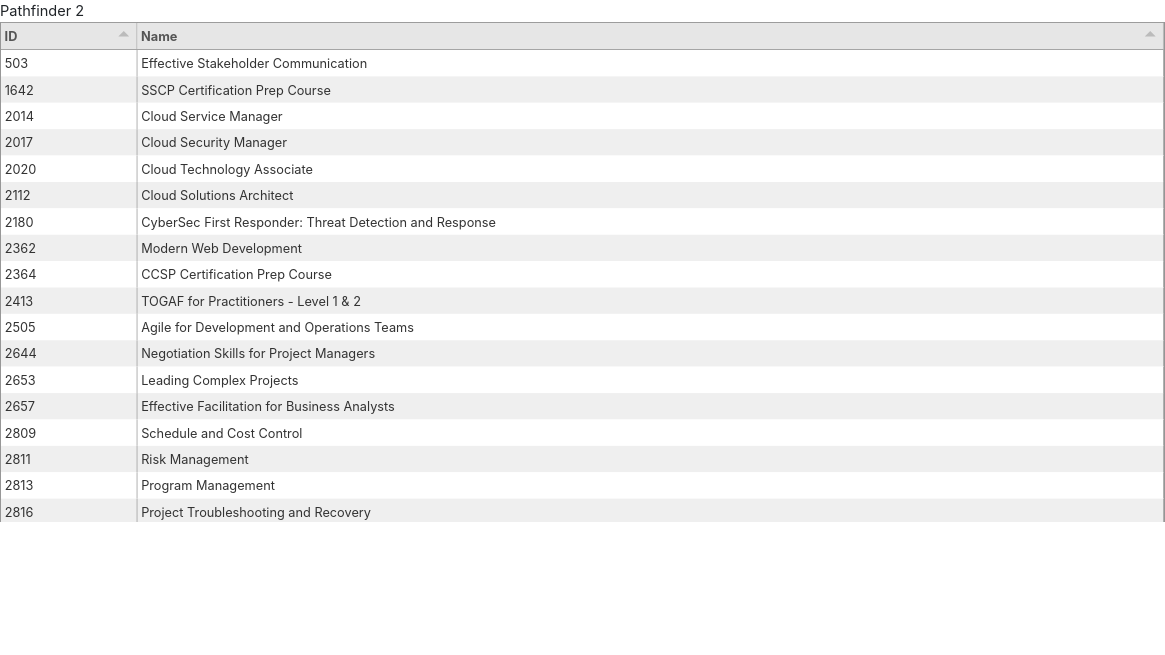
Repository: t1s1/pathfinder2
Page: index.html
The author's editor kept a record of every edit. The page is drawn from the files as they stood at one moment, then again after the next edit.
The browser window is 1280 px wide. The pictures show the whole page, at 91% of full size.
An inner scrolling area shows only its first screen.

Above is the page before.

### index.html
<!doctype html>
<html class="no-js" lang="">

<head>
  <meta charset="utf-8">

  <link rel="stylesheet" type="text/css" href="https://cdnjs.cloudflare.com/ajax/libs/twitter-bootstrap/4.1.1/css/bootstrap.min.css"/>
  <link rel="stylesheet" href="tabulator/css/tabulator.min.css">
  <style type="text/css">

  </style>

  <script src="https://ajax.googleapis.com/ajax/libs/jquery/3.4.1/jquery.min.js"></script>
  <!-- <script type="text/javascript" src="https://cdnjs.cloudflare.com/ajax/libs/twitter-bootstrap/4.1.1/js/bootstrap.min.js"></script> -->
  <script type="text/javascript" src="tabulator/js/tabulator.min.js"></script>

  <script type="text/javascript" class="init">
    /*
      global $
    */
    $(document).ready(function() {
/*
      $.ajax({
        type: "GET",
        url: "data/AA_courses.csv",
        dataType: "text",
        success: function(data) { processData(data); }
      });
      */
      $.get( "data/AA_courses.csv", function( data ) {
        processData(data, "course-table")
      });
      $.get( "data/AA_courses.csv", function( data ) {
        processData(data, "course-table")
      });
    });

    function processData( data, tableName ) {
      var dataRows = data.split(/\r\n|\n/);
      var headers = dataRows[0].split(',');
      var data_arr = [];

      function removeQuoteMarks(string) {
        return string.replace(/"/g,'');
      };

      for (var i=1; i<dataRows.length; i++) {
         var data = dataRows[i].split(',');
          if (data.length == headers.length) {
            var row = {};
            for (var j=0; j<headers.length; j++) {
                row[headers[j]] = removeQuoteMarks(data[j]);
            }
            data_arr.push(row);
          }
      };

      var table = new Tabulator("#"+tableName, {
       	height:550,
       	data:data_arr,
       	layout:"fitColumns", //fit columns to width of table (optional)
       	columns:[ //Define Table Columns
       	 	{title:"ID", field:headers[0], width:150},
       	 	{title:"Name", field:headers[1]}
       	],
       	rowClick:function(e, row){ //trigger an alert message when the row is clicked
       			//alert("Row " + row.getData().id + " Clicked!!!!");
       	},
      });
    }

  </script>
</head>

<body>
Pathfinder 2
<div id="course-table"></div>
<div id="cert-table"></div>
</body>

</html>

Loaded but not shown: tabulator/css/tabulator.min.css (library); tabulator/js/tabulator.min.js (library)

After the next edit:
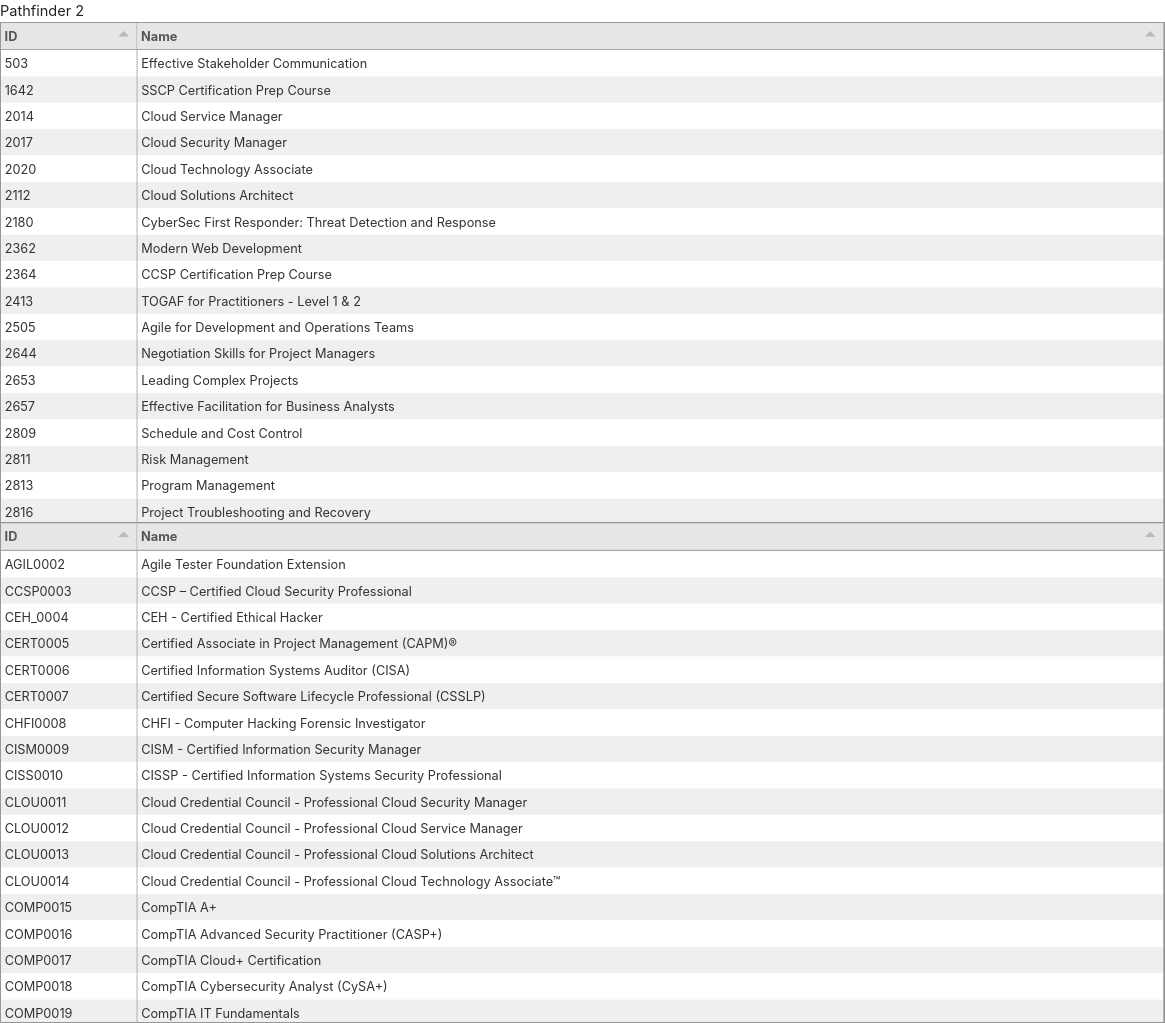
The edit:
--- a/index.html
+++ b/index.html
@@ -27,12 +27,8 @@
         success: function(data) { processData(data); }
       });
       */
-      $.get( "data/AA_courses.csv", function( data ) {
-        processData(data, "course-table")
-      });
-      $.get( "data/AA_courses.csv", function( data ) {
-        processData(data, "course-table")
-      });
+      $.get( "data/AA_courses.csv", function( data ) {processData(data, "course-table")});
+      $.get( "data/AA_certs.csv", function( data ) {processData(data, "cert-table")});
     });
 
     function processData( data, tableName ) {
